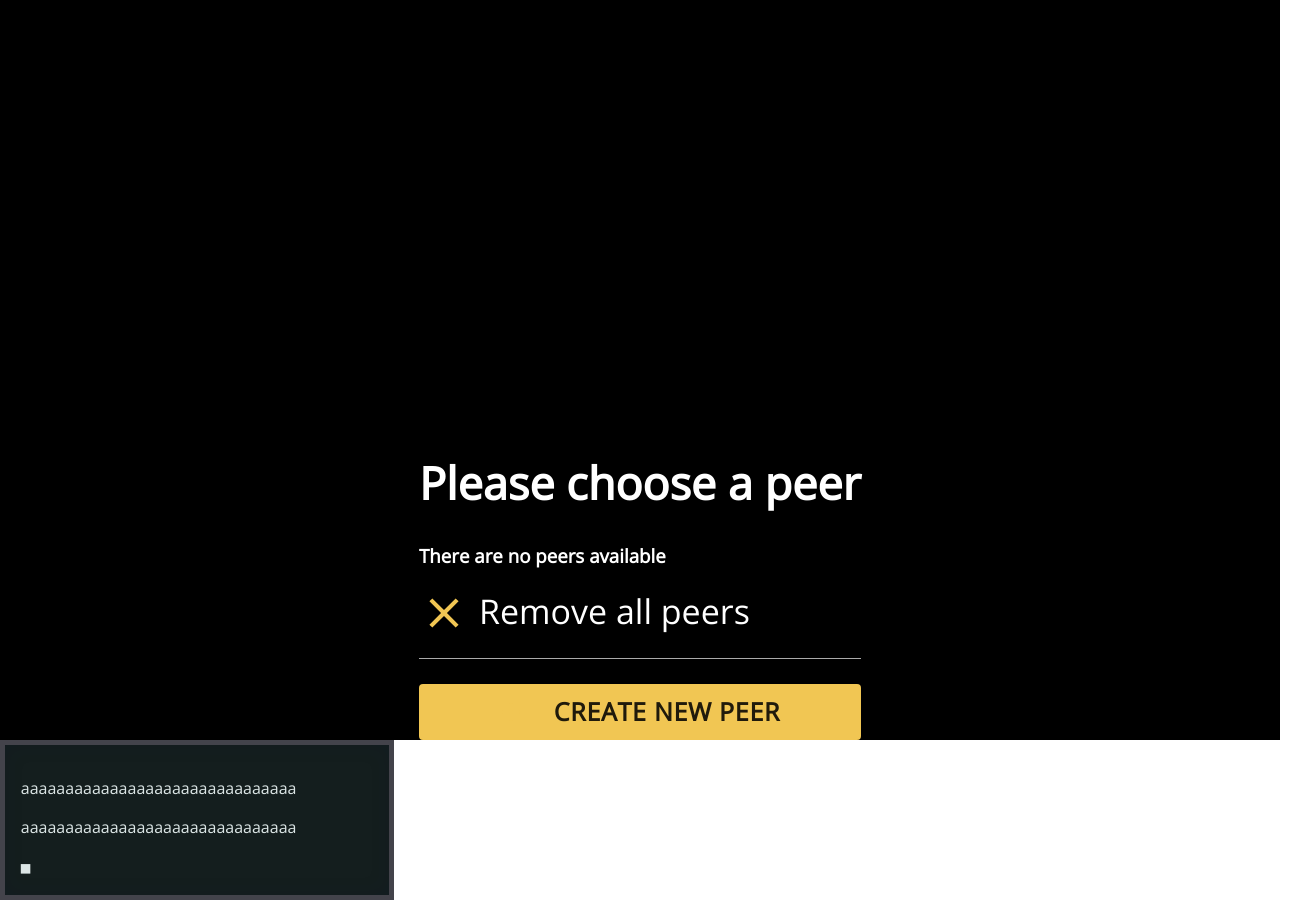
Repository: Bachdz/ASAP-Gui-Frontend
Page: /login
An editor plug-in stored every save of this project. The page is shown before and after the next save, followed by the edit.
The browser window is 1280 px wide. The page is 1280 px wide, then 1290 px, so the pictures cover 1290 px, including what lies to the right of the window. The pictures show the whole page.
The page's requests for data from a server got no answer. The project was rebuilt for these pictures with package versions that can differ from the ones it lists, and the page was loaded fresh each time. No one was signed in, and anything a server would have sent is missing. Also part of the build but not shown: src/css/loginscreen/Peer.css, src/components/fragments/Footer.js, src/components/mainscreen/subcomponents/Apps.js, src/css/mainscreen/Main.css, src/components/mainscreen/Main.js.

Above is the page before, as saved 2020-12-16 19:20:54.

After the next save:
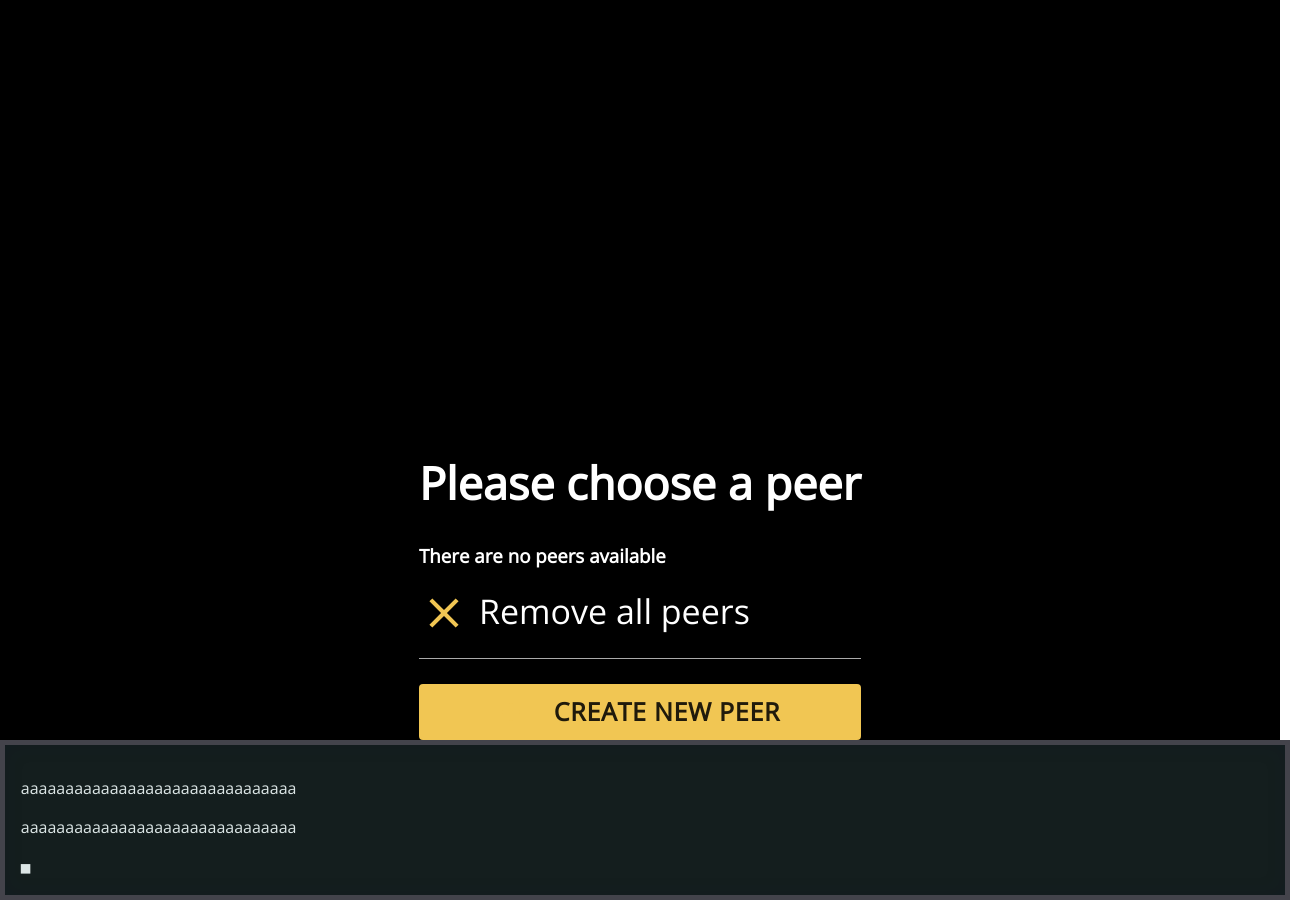
Saved 21 s later.
--- a/src/css/Terminal.css
+++ b/src/css/Terminal.css
@@ -143,7 +143,8 @@
 }
 
 .console {
-    width: 30%;
+    width: 100%;
+    height: 30%;
     background: rgba(20, 20, 30, 0.8);
     padding: 0.3em;
 }
